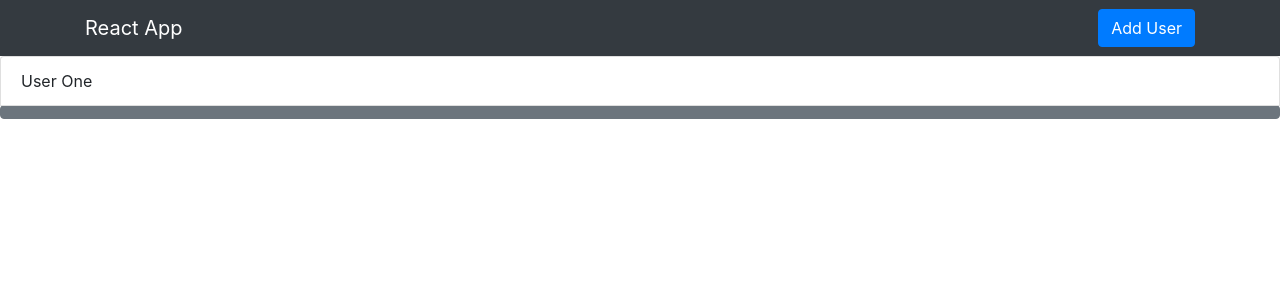
Repository: Abdaljawad-Aya/interview-task
Page: / (app in javascriptArray/test/)
The author's editor kept a copy of each file at every save. The page is drawn from the files as they stood at one save, then again after the next save.
The browser window is 1280 px wide. The pictures show the whole page.
Some web libraries are served in a nearby version. The project was rebuilt for these pictures with package versions that can differ from the ones it lists, and the page was loaded fresh each time. Also part of the build but not shown: javascriptArray/test/src/compnents/AddUser.js, javascriptArray/test/src/compnents/EditUser.js. Imported but missing from the stored project, and not drawn on this page: javascriptArray/test/src/context/GlobalState.

Above is the page before, as saved 2021-03-10 20:40:51.

After the next save:
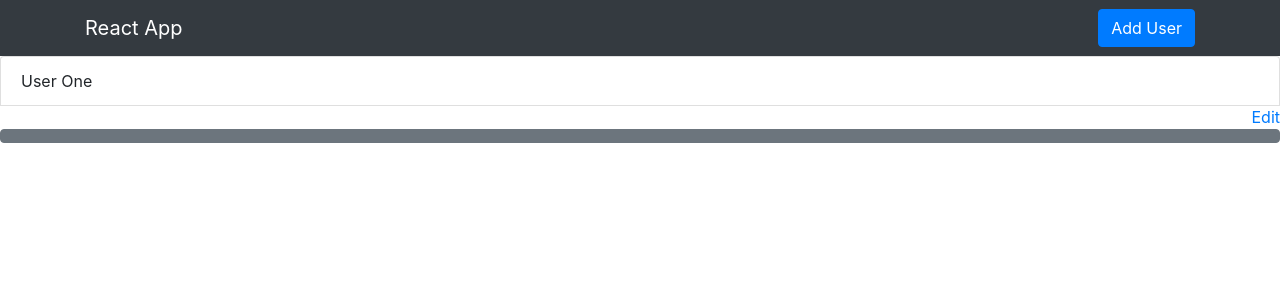
Saved 30 s later.
--- a/javascriptArray/test/src/compnents/UserList.js
+++ b/javascriptArray/test/src/compnents/UserList.js
@@ -7,6 +7,9 @@ export const UserList = () => {
     <div>
       <ListGroup>
         <ListGroupItem>User One</ListGroupItem>
+        <div className="ml-auto">
+          <Link>Edit</Link>
+        </div>
         <Button></Button>
       </ListGroup>
     </div>
